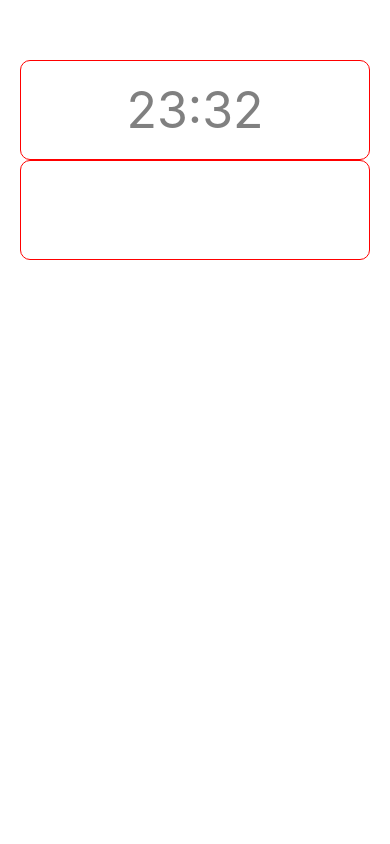
Repository: sonnke/imageResizer
Screen: /
These files come from the project's save history. The screen is drawn as it stood at one moment and after the next save; the edit follows.
The app was drawn by React Native's web renderer in a window 390 px wide. The project was rebuilt for these pictures with package versions that can differ from the ones it lists, and the page was loaded fresh each time.

Above is the screen before, as saved 2020-02-02 13:10:44.

After the next save:
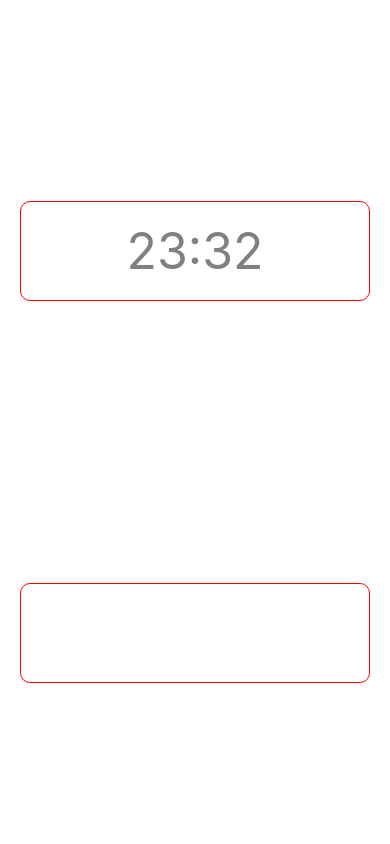
Saved 30 s later.
--- a/App.tsx
+++ b/App.tsx
@@ -6,7 +6,7 @@ const MainContainer = styled.View`
   flex: 1;
   flex-direction: column;
   align-items: center;
-  justify-content: flex-start;
+  justify-content: space-around;
   padding: 60px 20px 20px 20px;
 `;
 
